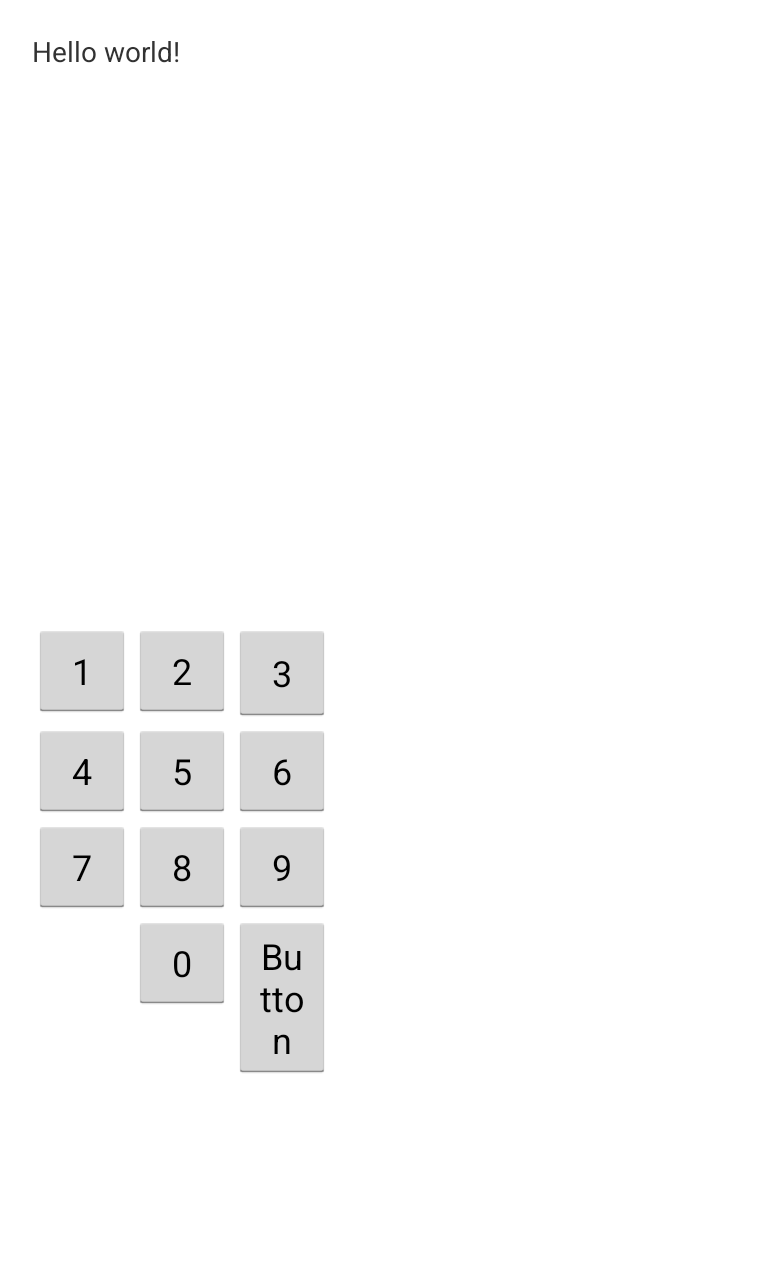
Repository: freelancer-dorian/exerciseAndroid
Layout: 05-20-UIBasic/Layout/res/layout/fragment_main.xml
An editor plug-in stored every save of this project. The layout is shown before and after the next save, followed by the edit.
It is drawn on a 768 x 1280 px phone screen (xhdpi) without system bars, with theme AppTheme; the app's code is not run.

Above is the layout before, as saved 2014-05-22 07:33:00.

After the next save:
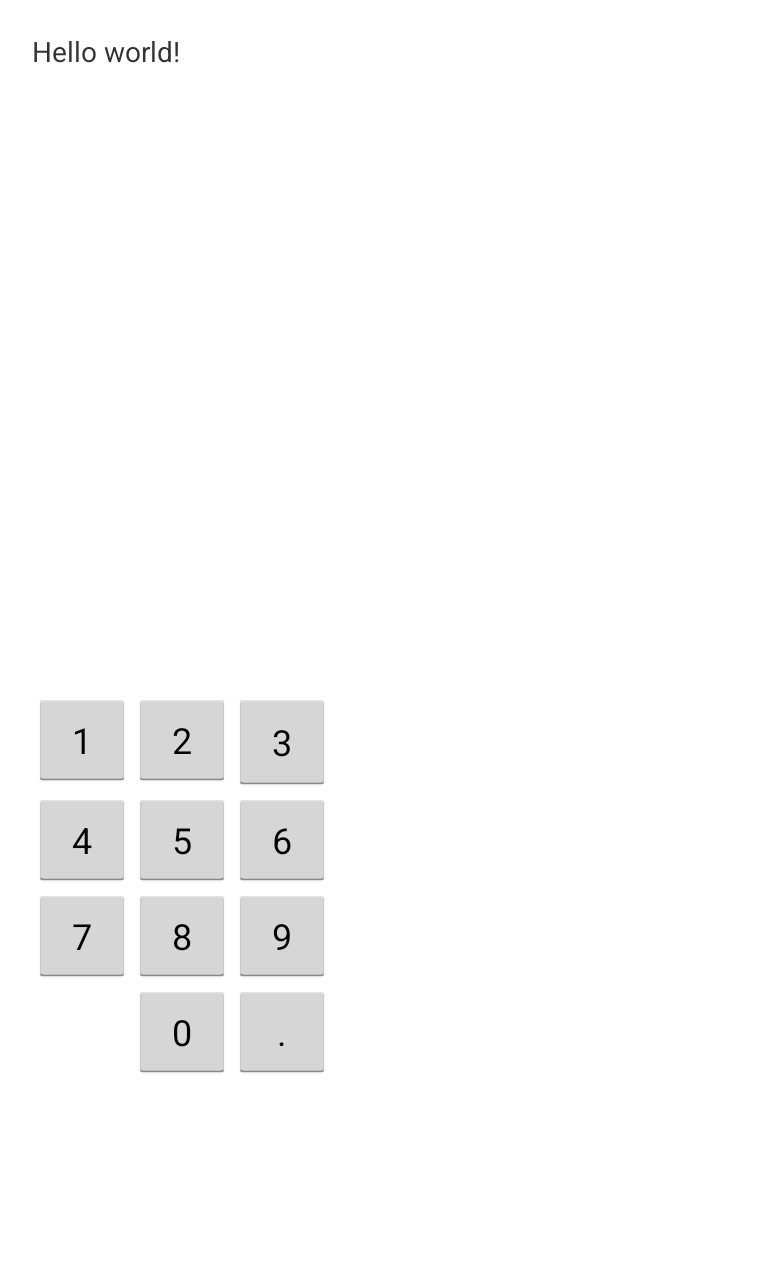
Saved 11 s later.
--- a/05-20-UIBasic/Layout/res/layout/fragment_main.xml
+++ b/05-20-UIBasic/Layout/res/layout/fragment_main.xml
@@ -108,7 +108,7 @@
             android:layout_column="2"
             android:layout_gravity="left|top"
             android:layout_row="3"
-            android:text="Button" />
+            android:text="@string/dot_buttons" />
 
         <Button
             android:id="@+id/Button00"
